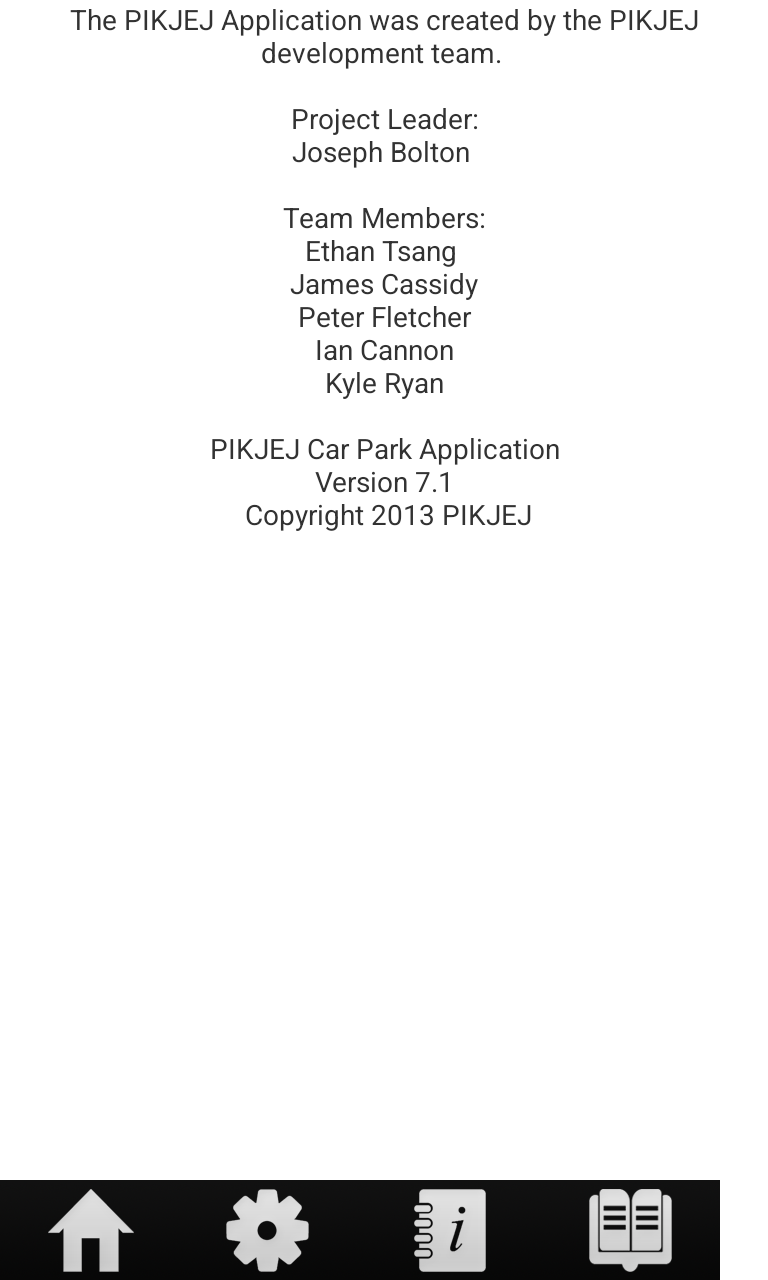
Repository: jo3bolton/PIKJEJ
Layout: PIKJEJ v7/PIKJEJ/res/layout/activity_about.xml
An editor plug-in stored every save of this project. The layout is shown before and after the next save, followed by the edit.
It is drawn on a 768 x 1280 px phone screen (xhdpi) without system bars, with theme AppTheme; the app's code is not run.

Above is the layout before, as saved 2013-03-23 13:36:32.

After the next save:
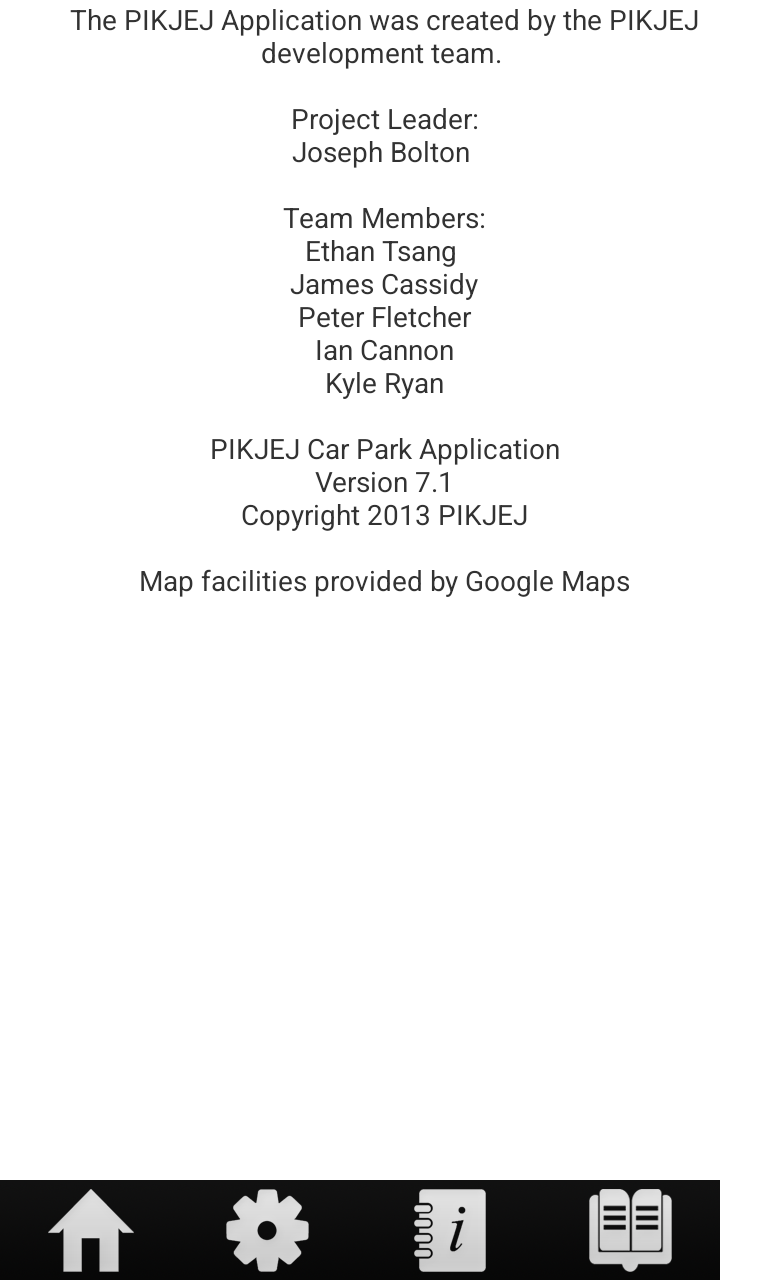
Saved 103 s later.
--- a/PIKJEJ v7/PIKJEJ/res/values/strings.xml
+++ b/PIKJEJ v7/PIKJEJ/res/values/strings.xml
@@ -13,6 +13,6 @@
     <string name="title_activity_terms">Terms</string>
     <string name="title_activity_splash">Splash</string>
     <string name="title_activity_home">Home</string>
-    <string name="page_about">The PIKJEJ Application was created by the PIKJEJ development team. \n \n Project Leader: \nJoseph Bolton \n\n Team Members: \nEthan Tsang \n James Cassidy \n Peter Fletcher \n Ian Cannon \n  Kyle Ryan \n\n PIKJEJ Car Park Application \n Version 7.1 \n Copyright 2013 PIKJEJ</string>
+    <string name="page_about">The PIKJEJ Application was created by the PIKJEJ development team. \n \n Project Leader: \nJoseph Bolton \n\n Team Members: \nEthan Tsang \n James Cassidy \n Peter Fletcher \n Ian Cannon \n  Kyle Ryan \n\n PIKJEJ Car Park Application \n Version 7.1 \n Copyright 2013 PIKJEJ \n\n Map facilities provided by Google Maps \n\n </string>
 
 </resources>
